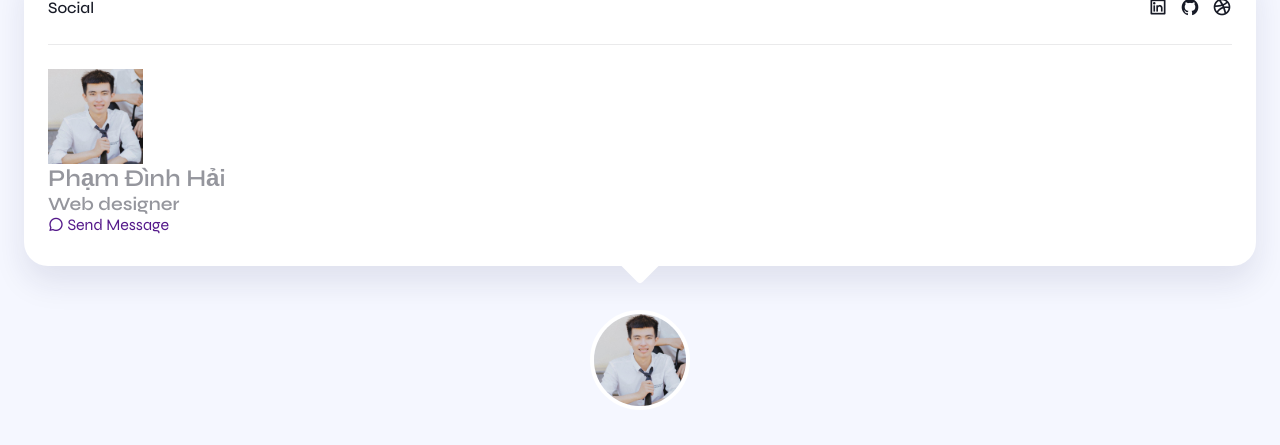
Repository: dinhhaidh/Profile
Page: index.html
These files come from the project's save history. The page is drawn as it stood at one moment and after a run of saves; the edit follows.
The browser window is 1280 px wide. The pictures show the whole page.
Some web libraries are served in a nearby version.

Above is the page before, as saved 2024-02-29 09:20:47.

After the next 2 saves:
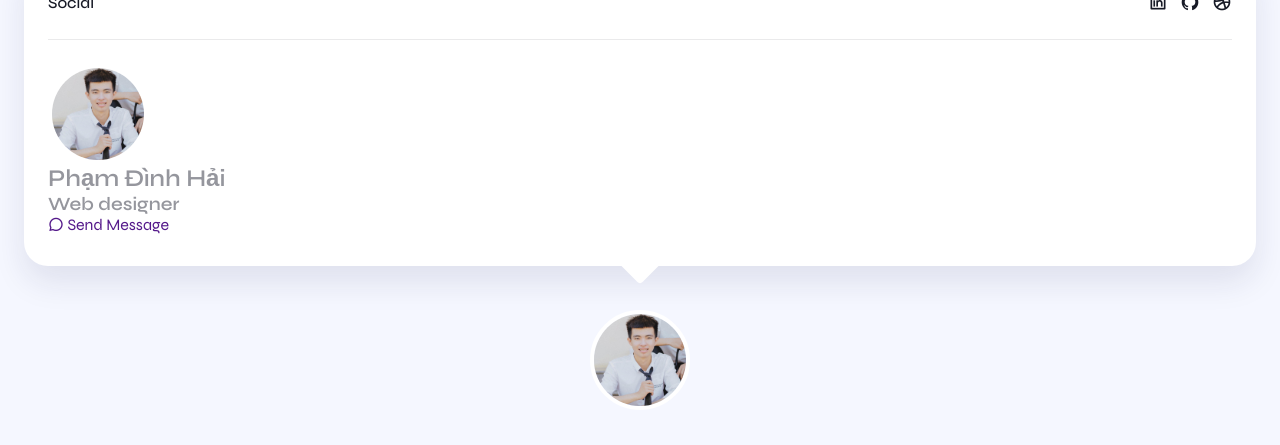
The 2 saves are shown as one change because they came seconds apart.
The last was saved 12 s later.
--- a/style.css
+++ b/style.css
@@ -61,7 +61,8 @@ img {
     justify-content: center;
 }
 
-.card__profile {
+.card__profile,
+.card__mask {
     width: 100px;
     height: 100px;
     background-color: var(--gray-color);
